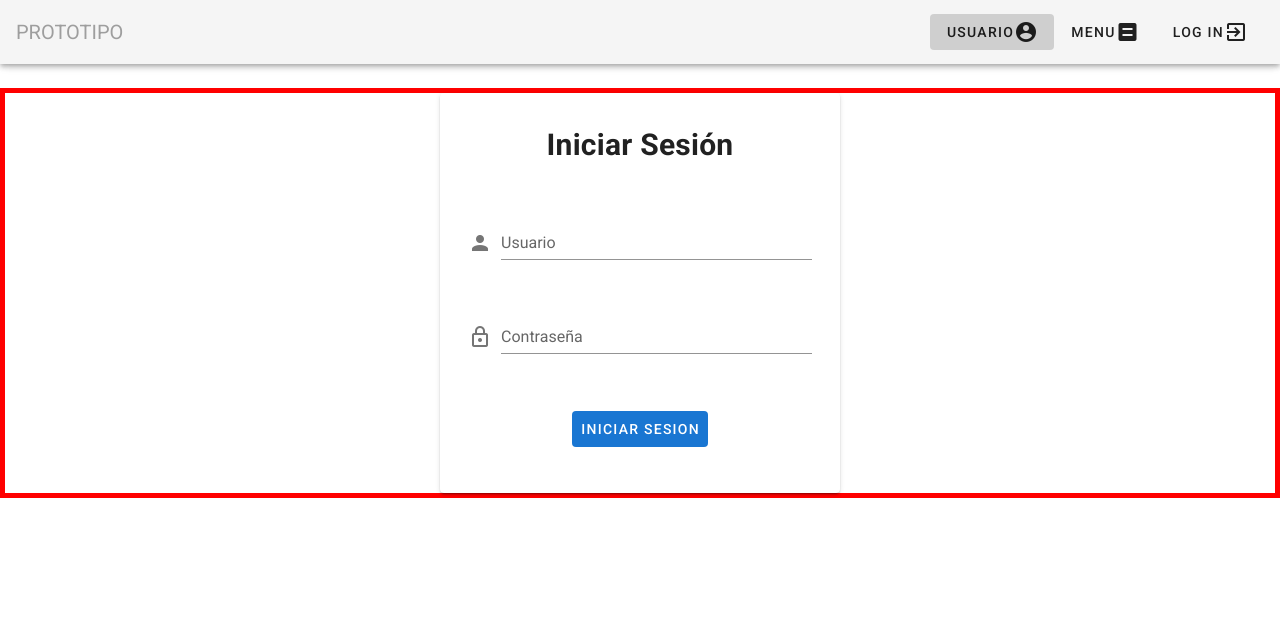
Repository: YojayDeHorta/Administrador-con-filtros
Page: /
An editor plug-in stored every save of this project. The page is shown before and after a run of saves, followed by the edit.
The browser window is 1280 px wide. The pictures show the whole page.
The project was rebuilt for these pictures with package versions that can differ from the ones it lists, and the page was loaded fresh each time. Also part of the build but not shown: vue.config.js, src/views/Options.vue, src/components/Filtro.vue, src/components/CrudClientes.vue, src/views/Filter.vue.

Above is the page before, as saved 2021-09-25 17:09:09.

### public/index.html
<!DOCTYPE html>
<html lang="en">

<head>
    <meta charset="utf-8">
    <meta http-equiv="X-UA-Compatible" content="IE=edge">
    <meta name="viewport" content="width=device-width,initial-scale=1.0">
    <link rel="icon" href="<%= BASE_URL %>favicon.ico">
    <title>
        <%= htmlWebpackPlugin.options.title %>
    </title>
    <link rel="stylesheet" href="https://fonts.googleapis.com/css?family=Roboto:100,300,400,500,700,900">
    <link rel="stylesheet" href="https://cdn.jsdelivr.net/npm/@mdi/font@latest/css/materialdesignicons.min.css">
</head>

<body>
    <noscript>
        <strong>We're sorry but
            <%= htmlWebpackPlugin.options.title %> doesn't work properly without JavaScript enabled. Please enable it to continue.</strong>
    </noscript>
    <div id="app"></div>
    <!-- built files will be auto injected -->
</body>

</html>

### src/main.js
import Vue from 'vue'
import App from './App.vue'
import router from './router'
import store from './store'
import vuetify from './plugins/vuetify'
import axios from 'axios'
import VueAxios from 'vue-axios'

Vue.use(VueAxios, axios)

//lenguaje

Vue.config.productionTip = false
/*
new Vue({
  router,
  store,
  vuetify,
  render: h => h(App)
}).$mount('#app')*/

new Vue({
  router,
  store,
  vuetify,
  render: h => h(App),
  /*created() {
    // Prevent blank screen in Electron builds
    this.$router.push('/')
  }*/
}).$mount('#app')

### src/App.vue
<template>
  <v-app>
    <Navbar :adminVerification="adminVerification" @escuchar="cambioAdmin"></Navbar>
  <v-main>
    <!-- <Crud :adminVerification="adminVerification" ></Crud> -->

      <router-view/>
  </v-main>
  </v-app>
</template>

<script>
import Navbar from './components/Navbar';
export default {
  name: 'App',
  components: {
    Navbar,

  },mounted() {
    this.adminLocal()
  },
  data: () => ({
    drawer:false,
    adminVerification:false
  }),
  methods: {
    cambioAdmin(value){
      console.log("valor del padre"+value);
      this.adminVerification=value;

    },
    adminLocal(){
      if (sessionStorage.getItem("Admin")!=null) {
          this.adminVerification=localStorage.getItem("Admin")
      }
    }
  }
};
</script>

### src/router/index.js
import Vue from 'vue'
import VueRouter from 'vue-router'
import Login from '../views/Login.vue'
import Options from '../views/Options.vue'
import Filter from '../views/Filter.vue'

Vue.use(VueRouter)

const routes = [
  {
    path: '/',
    name: 'Login',
    component: Login
  },
  {
    path: '/options',
    name: 'Options',
    component: Options
  },
  {
    path: '/filter',
    name: 'Filter',
      // route level code-splitting
    // this generates a separate chunk (about.[hash].js) for this route
    // which is lazy-loaded when the route is visited.
    component: Filter
  },
  {
    path: '/cruds',
    name: 'Cruds',
    component: () => import(/* webpackChunkName: "about" */ '../views/Cruds.vue')
  }
]

const router = new VueRouter({
  mode: 'history',
  base: process.env.BASE_URL,
  routes
})

export default router

### src/components/Navbar.vue
<template>
    <v-container>
        <!-- navbar para la app -->
        <v-app-bar app>
            <!-- <v-app-bar-nav-icon @click="drawer= !drawer"></v-app-bar-nav-icon> -->
            <v-btn @click="$router.go(-1)" v-if="isNotLogin" exact text class="gray">
                <v-icon>mdi-arrow-left-circle</v-icon>
                <!-- <span>Volver</span> -->
            </v-btn>
            <v-toolbar-title class="text-uppercase grey--text">
                Prototipo
            </v-toolbar-title>
            <v-spacer></v-spacer>
            <!-- <v-btn text class="success mr-5">ingreso</v-btn> -->
            <v-btn :to="{name: 'Login'}" exact text class="gray">
                <span>Usuario</span>
                <v-icon>mdi-account-circle</v-icon>
            </v-btn>
            <v-btn :to="{name: 'Options'}" exact text class="gray">
                <span>Menu</span>
                <v-icon>mdi-equal-box</v-icon>
            </v-btn>
            <v-btn text @click="dialogAdmin=true" v-if="!adminVerification" class="gray">
                <span>Log in</span>
                <v-icon>mdi-login-variant </v-icon>
            </v-btn>
            <v-btn text @click="logout()" v-else class="gray">
                <span>Log out</span>
                <v-icon>mdi-home-export-outline </v-icon>
            </v-btn>
            <v-btn text @click="logout()" v-else class="gray">
                <span>Log out</span>
                <v-icon>mdi-home-export-outline </v-icon>
            </v-btn>
        </v-app-bar>
        <v-navigation-drawer app v-model="drawer" temporary>
            <v-list-item>
                <v-list-item-content>
                    <v-list-item-title class="text-h6">
                        vuetify
                    </v-list-item-title>
                    <v-list-item-subtitle>
                        prueba de modulos con vue
                    </v-list-item-subtitle>
                </v-list-item-content>
            </v-list-item>
            <v-divider></v-divider>
            <v-list nav dense>
                <v-list-item-group active-class="deep-purple--text text--accent-4">
                    <v-list-item :to="{name: 'Cruds'}">
                        <v-list-item-icon>
                            <v-icon>mdi-file-table</v-icon>
                        </v-list-item-icon>
                        <v-list-item-title>Crud</v-list-item-title>
                    </v-list-item>
                </v-list-item-group>
            </v-list>
        </v-navigation-drawer>
        <!-- dialog administrador -->
        <v-dialog v-model="dialogAdmin" max-width="500px">
            <v-card>
                <v-form @submit.prevent="submitAdmin">
                    <v-card-title><span class="text-h5">Iniciar sesion</span></v-card-title>
                    <v-card-text>
                        <v-container>
                            <v-row>
                                <v-col cols="12">
                                    <v-text-field v-model="admin.user" label="Usuario"></v-text-field>
                                </v-col>
                            </v-row>
                            <v-row>
                                <v-col cols="12">
                                    <v-text-field type="password" v-model="admin.pass" label="Password"></v-text-field>
                                </v-col>
                            </v-row>
                        </v-container>
                    </v-card-text>
                    <v-card-actions>
                        <v-spacer></v-spacer>
                        <v-btn color="red darken-1" text @click="dialogAdmin=false"> Cancelar </v-btn>
                        <v-btn color="blue darken-1" type="submit" text> Guardar </v-btn>
                    </v-card-actions>
                </v-form>
            </v-card>
        </v-dialog>
        <!-- SNACKBAR PARA LOS MENSAJES -->
        <v-snackbar v-model="snackbar">
            {{ mensaje }}
            <v-btn color="error" class="ml-5" @click="snackbar = false">cerrar</v-btn>
        </v-snackbar>
    </v-container>
</template>
<script>
import axios from 'axios'
var url = "http://localhost:3000/api/admin"

export default {
    name: 'Navbar',
    props: {
        adminVerification: null
    },
    data() {
        return {
            drawer: false,
            //dialog y datos para el admin
            dialogAdmin: false,
            admin: {
                user: '',
                pass: ''
            },
            //codigo del snackbar para mensajes
            snackbar: false,
            mensaje: '',
        }
    },
    methods: {
        async submitAdmin() {
            let res = await axios.post(url, this.admin)
            if (res.data) {
                this.$emit('escuchar', true)
                sessionStorage.setItem("Admin", true);
                this.admin.user = ''
                this.admin.pass = ''
                this.dialogAdmin = false
                this.snackbar = true
                this.mensaje = 'login realizado correctamente'
            } else {
                this.snackbar = true,
                    this.mensaje = 'error - usuario o contraseña incorrecta'
            }
        },
        logout() {
            this.$emit('escuchar', false)
            sessionStorage.removeItem('Admin')
            this.snackbar = true
            this.mensaje = 'cerrado de sesion realizado correctamente'
        },
        //para el volver

    },
    computed: {
        hasHistory() {
            this.historial = window.history.length
            console.log(this.historial);

            if (this.historial > 2) {
                return this.historial
            }
            return this.historial
        },
        isNotLogin() {
            return this.$route.name !== 'Login'
        }
    }
}
</script>
<style>
.caminos {
    background: red;
}
</style>

### src/views/Login.vue
<template>
    <div class="Marco_Login d-flex justify-center">
        <v-card height="400px" style="width: 400px">
            <v-form class="text-center" @submit.prevent="submitAdmin">
                <v-card-title class="title d-flex justify-center" align="center">
                    <h2 style="width: 200px" class="Titulo text-center mt-5">
                        Iniciar Sesión
                    </h2>
                </v-card-title>
                <v-card-text>
                    <v-container>
                        <br />
                        <v-row>
                            <v-col cols="12">
                                <v-text-field prepend-icon="mdi-account" label="Usuario"></v-text-field>
                            </v-col>
                        </v-row>
                        <v-row>
                            <v-col cols="12">
                                <v-text-field type="password" prepend-icon="mdi-lock-outline" label="Contraseña">
                                </v-text-field>
                            </v-col>
                        </v-row>
                    </v-container>
                </v-card-text>
                <v-card-actions class="d-flex justify-center">
                    <v-btn :to="{ name: 'Options' }" exact text class="primary"><span>Iniciar sesion</span></v-btn>
                </v-card-actions>
            </v-form>
        </v-card>
    </div>
</template>
<script>
    export default {
        name: "Home",
    };
</script>
<style scoped>
    .Marco_Login{
        border:5px solid red;

    }
</style>

Loaded but not shown: src/store/index.js (common file); src/plugins/vuetify.js (common file)

After the next 2 saves:
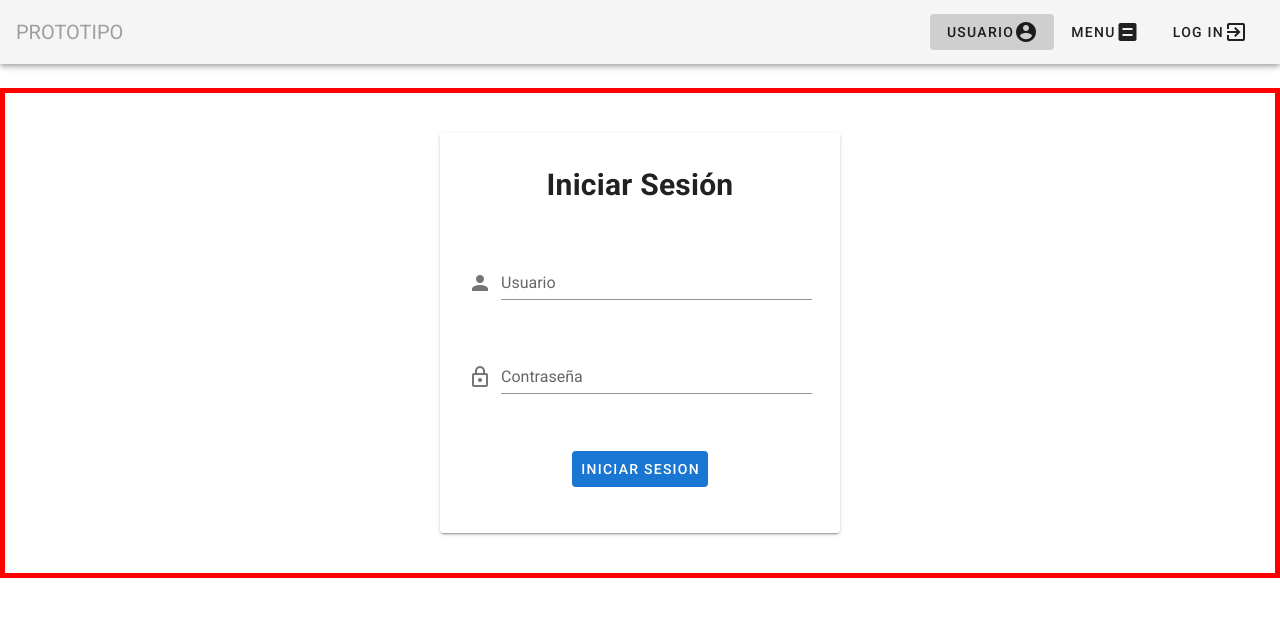
The 2 saves are shown as one change because they came seconds apart.
The last was saved 6 s later.
--- a/src/views/Login.vue
+++ b/src/views/Login.vue
@@ -1,6 +1,6 @@
 <template>
     <div class="Marco_Login d-flex justify-center">
-        <v-card height="400px" style="width: 400px">
+        <v-card class="mt-10 mb-10" height="400px" style="width: 400px">
             <v-form class="text-center" @submit.prevent="submitAdmin">
                 <v-card-title class="title d-flex justify-center" align="center">
                     <h2 style="width: 200px" class="Titulo text-center mt-5">
